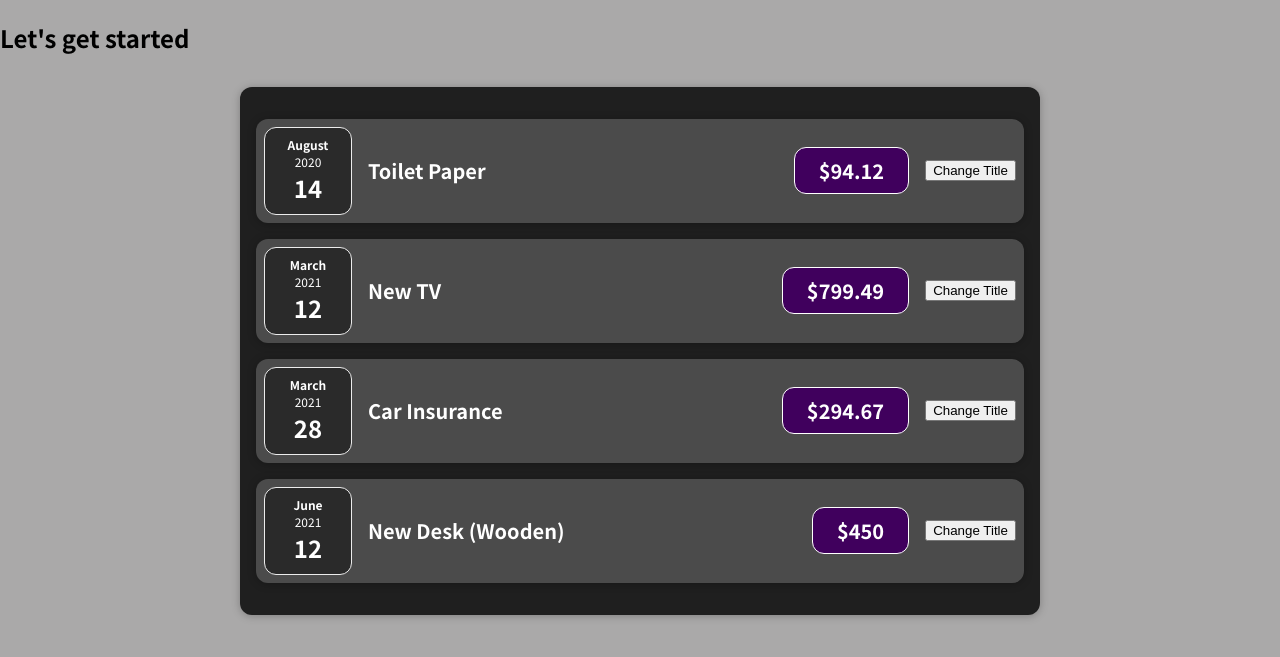
Repository: otvertka/MSC
Page: /
The author's editor kept a copy of each file at every save. The page is drawn from the files as they stood at one save, then again after the next save.
The browser window is 1280 px wide. The pictures show the whole page.
The project was rebuilt for these pictures with package versions that can differ from the ones it lists, and the page was loaded fresh each time. Also part of the build but not shown: src/App.js.

Above is the page before, as saved 2023-06-20 12:58:30.

### src/index.css
@import url("https://fonts.googleapis.com/css2?family=Noto+Sans+JP:wght@400;700&display=swap");

* {
  box-sizing: border-box;
}

html {
  font-family: "Noto Sans JP", sans-serif;
}

body {
  margin: 0;
  background-color: #aaa9a9;
}

### src/components/Expenses/Expenses.js
import React from "react";
import ExpenseItem from "./ExpenseItem";

import "./Expenses.css";
import Card from "../UI/Card";

const Expenses = (props) => {
  return (
    <Card className="expenses">
      <ExpenseItem
        title={props.items[0].title}
        amount={props.items[0].amount}
        date={props.items[0].date}
      />
      <ExpenseItem
        title={props.items[1].title}
        amount={props.items[1].amount}
        date={props.items[1].date}
      />
      <ExpenseItem
        title={props.items[2].title}
        amount={props.items[2].amount}
        date={props.items[2].date}
      />
      <ExpenseItem
        title={props.items[3].title}
        amount={props.items[3].amount}
        date={props.items[3].date}
      />
    </Card>
  );
};

export default Expenses;

### src/components/Expenses/ExpenseItem.js
import React from "react";
import Card from "../UI/Card";
import ExpenseDate from "./ExpenseDate";
import "./ExpenseItem.css";

const ExpenseItem = (props) => {
  return (
    //
    <Card className="expense-item">
      <ExpenseDate date={props.date} />
      <div className="expense-item__description">
        <h2>{props.title}</h2>
        <div className="expense-item__price">${props.amount}</div>
        <button>Change Title</button>
      </div>
    </Card>
  );
};

export default ExpenseItem;

### src/components/Expenses/ExpenseItem.css
.expense-item {
  display: flex;
  justify-content: space-between;
  align-items: center;
  padding: 0.5rem;
  margin: 1rem 0;
  background-color: #4b4b4b;
}

.expense-item__description {
  display: flex;
  flex-direction: column;
  gap: 1rem;
  align-items: flex-end;
  flex-flow: column-reverse;
  justify-content: flex-start;
  flex: 1;
}

.expense-item h2 {
  color: #3a3a3a;
  font-size: 1rem;
  flex: 1;
  margin: 0 1rem;
  color: white;
}

.expense-item__price {
  font-size: 1rem;
  font-weight: bold;
  color: white;
  background-color: #40005d;
  border: 1px solid white;
  padding: 0.5rem;
  border-radius: 12px;
}

@media (min-width: 580px) {
  .expense-item__description {
    flex-direction: row;
    align-items: center;
    justify-content: flex-start;
    flex: 1;
  }

  .expense-item__description h2 {
    font-size: 1.25rem;
  }

  .expense-item__price {
    font-size: 1.25rem;
    padding: 0.5rem 1.5rem;
  }
}

Loaded but not shown: public/index.html (common file); src/index.js (common file); src/components/Expenses/Expenses.css (common file); src/components/UI/Card.js (common file); src/components/Expenses/ExpenseDate.js (common file); src/components/UI/Card.css (common file); src/components/Expenses/ExpenseDate.css (common file)

After the next save:
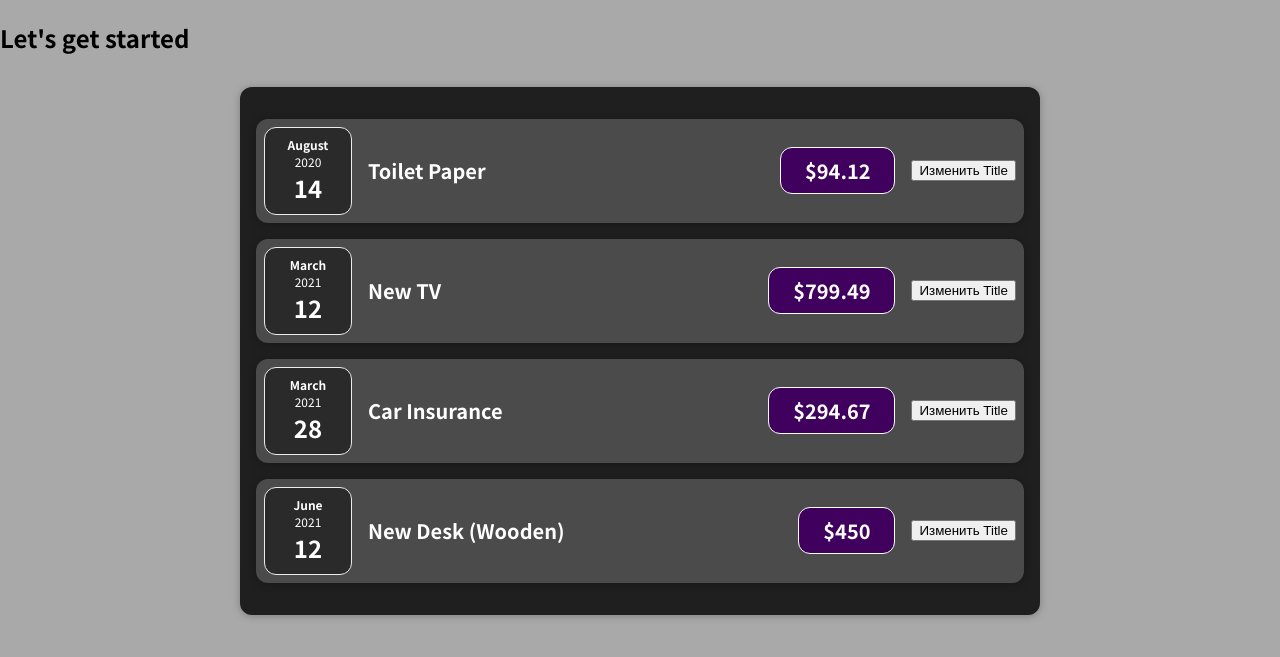
Saved 31 s later.
--- a/src/components/Expenses/ExpenseItem.js
+++ b/src/components/Expenses/ExpenseItem.js
@@ -11,7 +11,7 @@ const ExpenseItem = (props) => {
       <div className="expense-item__description">
         <h2>{props.title}</h2>
         <div className="expense-item__price">${props.amount}</div>
-        <button>Change Title</button>
+        <button>Изменить Title</button>
       </div>
     </Card>
   );
